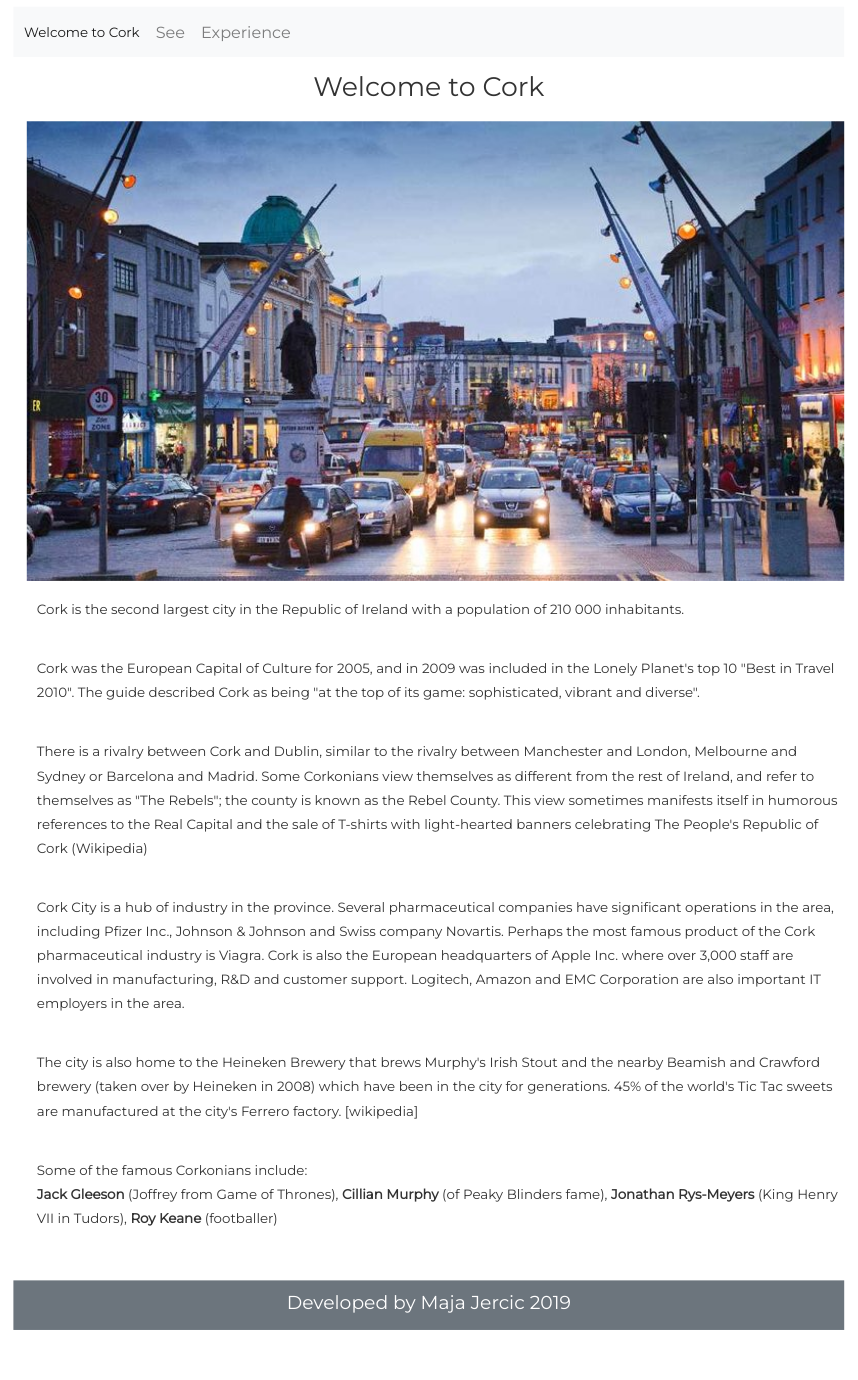
Repository: Maja-Jer/Welcome-to-Cork
Page: index.html
The author's editor kept a record of every edit. The page is drawn from the files as they stood at one moment, then again after the next edit.
The browser window is 1280 px wide. The pictures show the whole page, at 67% of full size.
Some web libraries are served in a nearby version.

Above is the page before.
Console error: TypeError: Cannot read properties of undefined (reading 'fn')

### index.html
<!DOCTYPE html>
<html lang="en">

<head>
    <meta charset="UTF-8">
    <meta name="viewport" content="width=device-width, initial-scale=1">
    <meta http-equiv="X-UA-Compatible" content="ie=edge">
    <link rel="stylesheet" href="https://stackpath.bootstrapcdn.com/bootstrap/4.3.1/css/bootstrap.min.css" integrity="sha384-ggOyR0iXCbMQv3Xipma34MD+dH/1fQ784/j6cY/iJTQUOhcWr7x9JvoRxT2MZw1T" crossorigin="anonymous">
    <script src="https://stackpath.bootstrapcdn.com/bootstrap/4.3.1/js/bootstrap.min.js" integrity="sha384-JjSmVgyd0p3pXB1rRibZUAYoIIy6OrQ6VrjIEaFf/nJGzIxFDsf4x0xIM+B07jRM" crossorigin="anonymous"></script>
    <link rel="stylesheet" href="https://use.fontawesome.com/releases/v5.6.1/css/all.css" integrity="sha384-gfdkjb5BdAXd+lj+gudLWI+BXq4IuLW5IT+brZEZsLFm++aCMlF1V92rMkPaX4PP" crossorigin="anonymous">
    <link href="https://fonts.googleapis.com/css?family=Montserrat" rel="stylesheet">
    <link rel="stylesheet" href="assets/style.css" type="text/css" />
    <title>Welcome to Cork, the REAL capital of Ireland</title>
</head>

<body>

    <!---------------Navgation-------->
    <nav class="navbar navbar-light bg-light navbar-expand-sm">
        <a href="index.html" class="navbar-brand">Welcome to Cork</a>

        <!---------------Dropdown menu-------->
        <button class="navbar-toggler ml-auto" type="button" data-toggle="collapse" data-target="#navbarNavDropdown" aria-controls="navbarNavDropdown" aria-expanded="false" aria-label="Toggle navigation">
        <span class="navbar-toggler-icon"></span></button>

        <div class="collapse navbar-collapse" id="navbarNavDropdown">
            <ul class="navbar-nav mr-auto">
                <li class="nav-item mr-2"><a class="nav-link" href="see.html">See</a></li>
                <li class="nav-item mr-2"><a class="nav-link" href="experience.html">Experience</a></li>

            </ul>
        </div>

    </nav>

    <!--------------- Title -------->

    <h1 class= "introduction"> Welcome to Cork</h1>

    <div class="title">
        <div class="container-main-photo">
            <img class="img-fluid" src="assets/photos/patrick_street1.jpg" alt="Cork City" width=100%>
        </div>
    </div>


        <!--------------- About Cork -------->

    <div class="container-fluid" id="container-about-cork">
        <p>Cork is the second largest city in the Republic of Ireland with a population of 210 000 inhabitants.</p>
        <br>
        <p>Cork was the European Capital of Culture for 2005, and in 2009 was included in the Lonely Planet's top 10 "Best in Travel 2010". The guide described Cork as being "at the top of its game: sophisticated, vibrant and diverse".
        </p>
        <br>
        <p>There is a rivalry between Cork and Dublin, similar to the rivalry between Manchester and London, Melbourne and Sydney or Barcelona and Madrid. Some Corkonians view themselves as different from the rest of Ireland, and refer to themselves
            as "The Rebels"; the county is known as the Rebel County. This view sometimes manifests itself in humorous references to the Real Capital and the sale of T-shirts with light-hearted banners celebrating The People's Republic of Cork (Wikipedia)
        </p>
        <br>
        <p>Cork City is a hub of industry in the province. Several pharmaceutical companies have significant operations in the area, including Pfizer Inc., Johnson & Johnson and Swiss company Novartis. Perhaps the most famous product of the Cork pharmaceutical
            industry is Viagra. Cork is also the European headquarters of Apple Inc. where over 3,000 staff are involved in manufacturing, R&D and customer support. Logitech, Amazon and EMC Corporation are also important IT employers in the area.
        </p>
        <br>
        <p>The city is also home to the Heineken Brewery that brews Murphy's Irish Stout and the nearby Beamish and Crawford brewery (taken over by Heineken in 2008) which have been in the city for generations. 45% of the world's Tic Tac sweets are manufactured
            at the city's Ferrero factory. [wikipedia]
        </p>
        <br>
        <p>Some of the famous Corkonians include: <br><strong>Jack Gleeson</strong> (Joffrey from Game of Thrones), <strong>Cillian Murphy</strong> (of Peaky Blinders fame), <strong>Jonathan Rys-Meyers</strong> (King Henry VII in Tudors), <strong>Roy Keane</strong>                (footballer)
        </p>
    </div>


     <!--------------- Footer -------->

    <footer class="bg-secondary mt-5 p-3">
        <div class="container-fluid">
            <div class="col-12 text-white">
                <h3>Developed by Maja Jercic 2019</h3>
            </div>
        </div>
    </footer>

    <script src="https://cdnjs.cloudflare.com/ajax/libs/jquery/3.4.1/jquery.slim.min.js"></script>
    <script src="https://cdnjs.cloudflare.com/ajax/libs/popper.js/1.15.0/umd/popper.min.js"></script>
    <script src="https://cdnjs.cloudflare.com/ajax/libs/twitter-bootstrap/4.3.1/js/bootstrap.min.js"></script>

</body>


</html>

### assets/style.css
/*----------------------- header*/

head {
  font-family: 'Roboto', sans-serif;
}

body {
  font: 20px Montserrat, sans-serif;
  line-height: 1.8;
  color: #333;
  display: block;
  padding: 10px 20px 75px 20px;


}

/*----------------------navigation bar*/

ul {
  list-style-type: none;
  margin: 0;
  padding: 0;
  overflow: hidden;
  font-weight: normal;
  font-size: 24px;
}

li {
  float: left;
}

navbar-brand {
  color: black;
}

li a {
  display: block;
  color: white;
  text-align: center;
  padding: 14px 16px;
  text-decoration: none;

}

li a:hover {
  background-color: #9FA8DA;
  color: white;
  text-decoration: none;
  font-weight: bold;
}

/*---------------------end of navigation bar*/




/* ---------------------------------- Article*/
.article {
  position: relative;
  vertical-align: top;
  background-color: #fff
  margin-bottom: 1em;
  max-width: 830px;
  padding: 2em 0 0 0;
  text-align: left;
}

.site-photo {
  position: relative;
  text-align: center;
  margin-bottom: 1.6em;
}

.site-description {
  margin: 2em 5% 2em 5%;
  font-size: 1.1em;
  line-height: 1.7;
  color: #333;
}

@media screen and (max-width: 600px){
.all-sites {
  font-size: 18px;
  margin: 25px 0px 75px 0px;
  padding: 0px;
  }
}

@media screen and (min-width: 600px) {
.all-sites {
  font-size: 20px;
  margin: 25px 20px 75px 20px;
  }
}

/* ---------------------------------- Title*/

.introduction {
  text-align: center;
  padding: 20px;
}

.title {
  text-align: left;
  padding-left:20px;
}

.title-row {
  padding-top: 20px;
  padding-bottom: 20px;


}
/* ---------------------------------- Containers*/

.img-fluid {
  min-width: 100%;
  height: auto;
}

.center {
  display: block;
  margin-left: auto;
  margin-right: auto;
  width: 50%;
}


#container-about-cork {
  font-size: 16px;
  margin: 10px 50px 75px;


}
@media screen and (min-width: 600px) {
#container-about-cork {
  font-size: 20px;
  margin: 25px 20px 75px 20px;
  }
}
@media screen and (max-width: 600px) {
#container-about-cork {
  font-size: 14px;
  margin: 25px 0px 75px 0px;
  padding: 0px;
  }
}

.container-ucc-campus {

}



/*---------------------footer*/

.p-3 {
    padding: 1rem!important;
}

.mt-5, .my-5 {
    margin-top: 3rem!important;

}

.bg-secondary {
    background-color: #6c757d!important;
}

.footer {
  width: 100%;
  margin-right: auto;
  margin-left: auto;
}

.text-white {
  color: #fff!important;
}

.col-12 {
  -ms-flex: 0 0 100%;
  flex: 0 0 100%;
  max-width: 100%;
  text-align: center;
}

After the next edit:
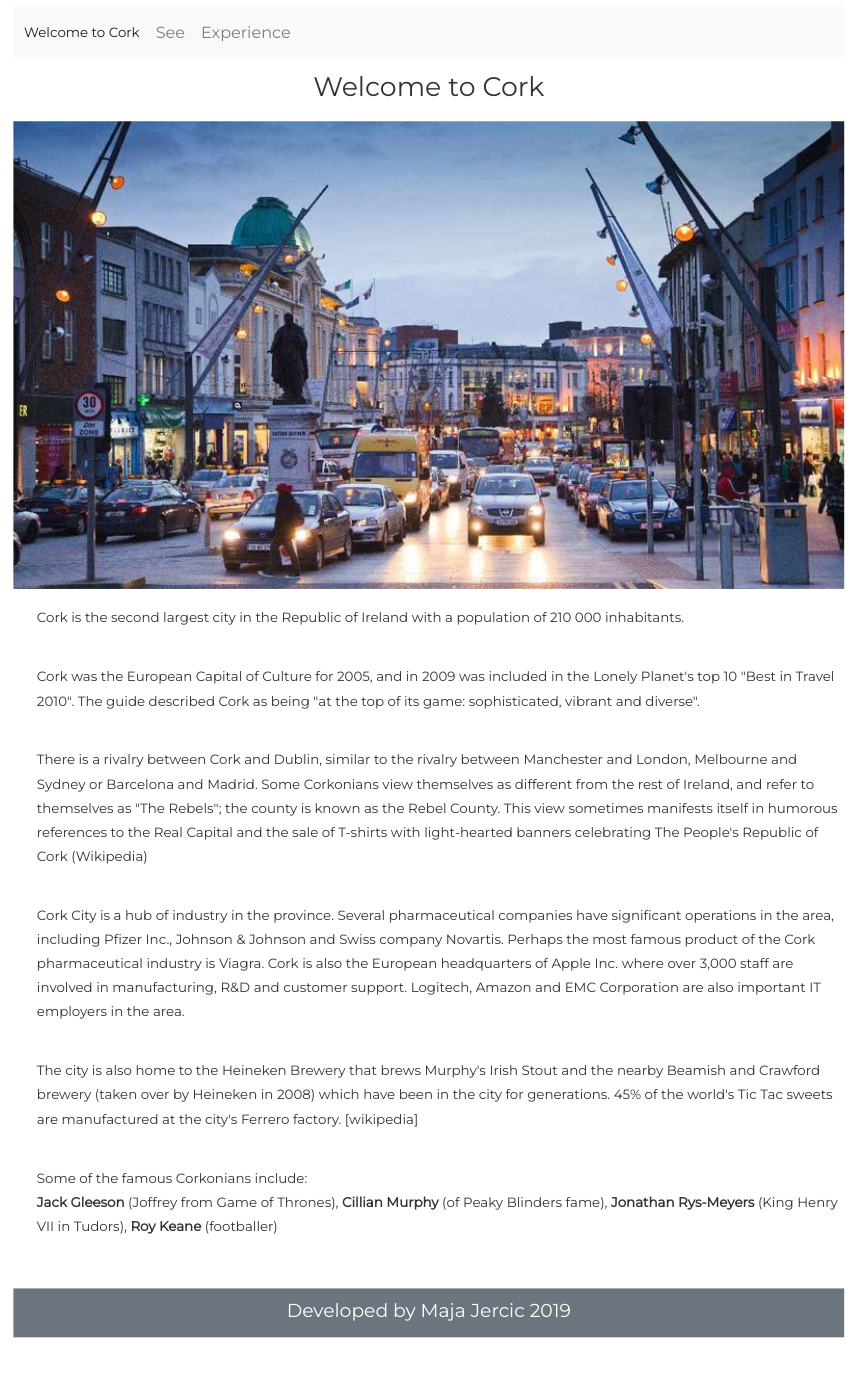
The edit:
--- a/assets/style.css
+++ b/assets/style.css
@@ -101,8 +101,7 @@
 }
 
 .title {
-  text-align: left;
-  padding-left:20px;
+  text-align: center;
 }
 
 .title-row {
